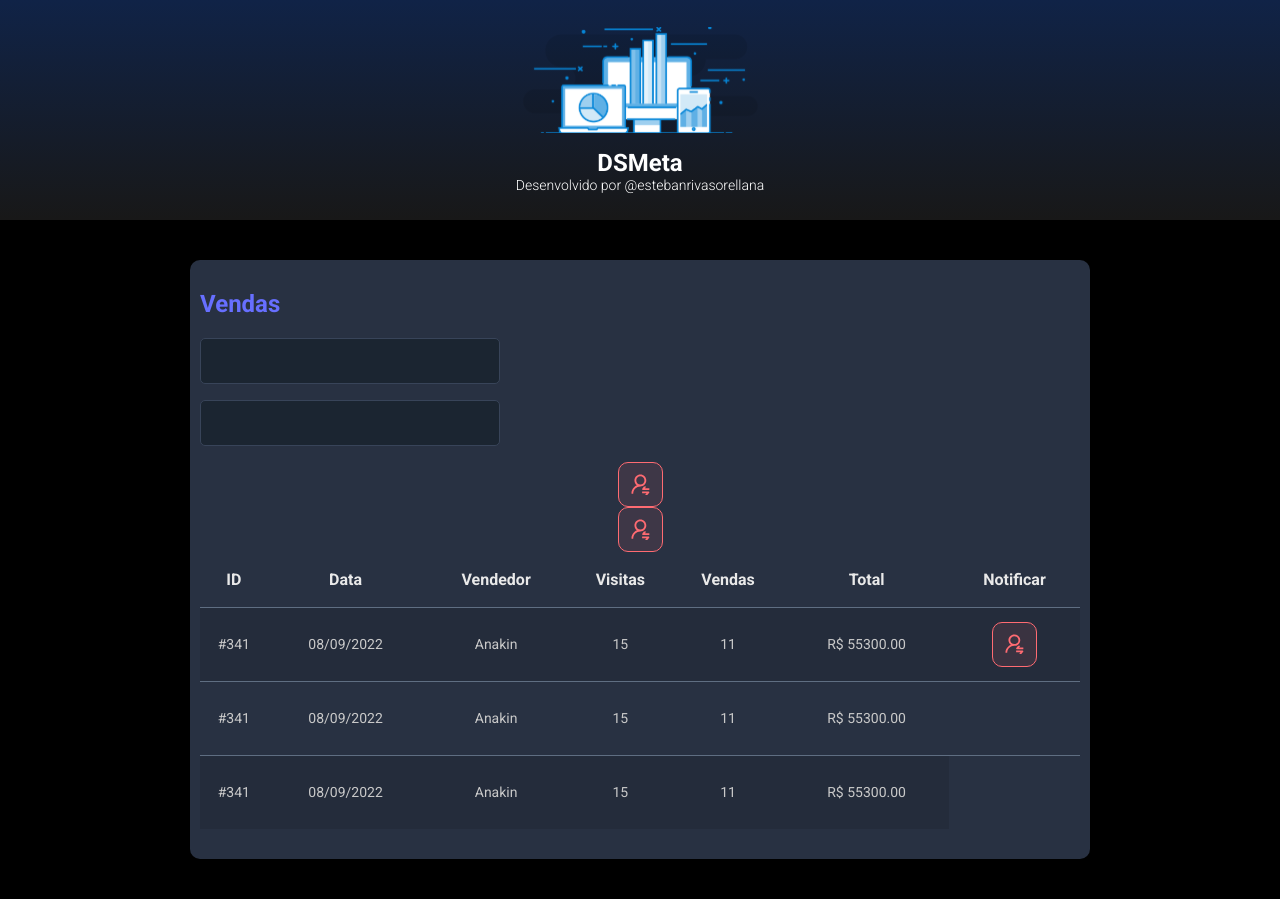
Repository: estebanrivas/dsmeta-css
Page: index.html
The author's editor kept a copy of each file at every save. The page is drawn from the files as they stood at one save, then again after a run of saves.
The browser window is 1280 px wide. The pictures show the whole page.

Above is the page before, as saved 2022-09-08 22:26:18.

After the next 4 saves:
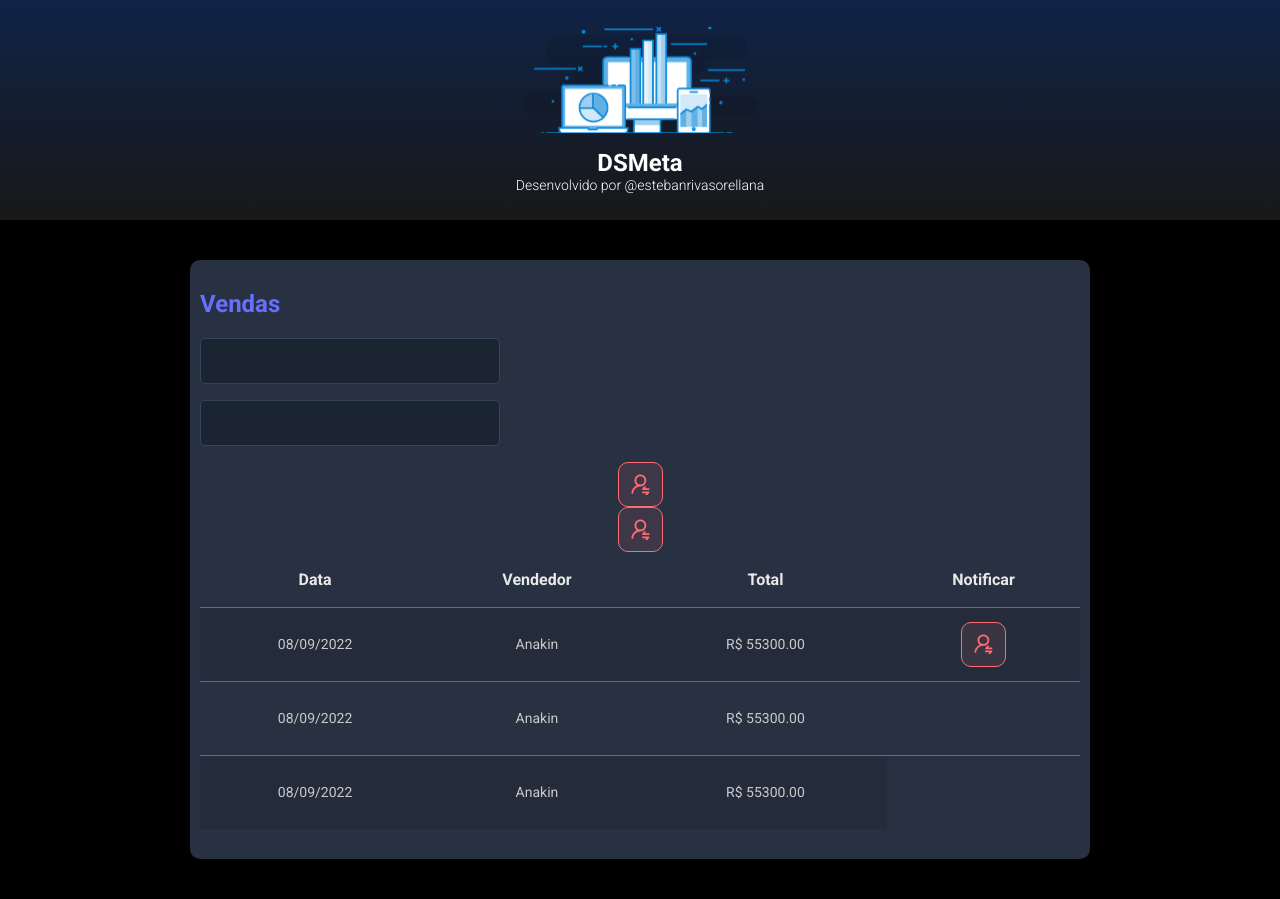
The 4 saves are shown as one change because they came seconds apart.
The last was saved 11 s later.
--- a/css/styles.css
+++ b/css/styles.css
@@ -152,5 +152,7 @@ header {
 }
 
 .show900{
-    display
+    display: none;
 }
+
+@
